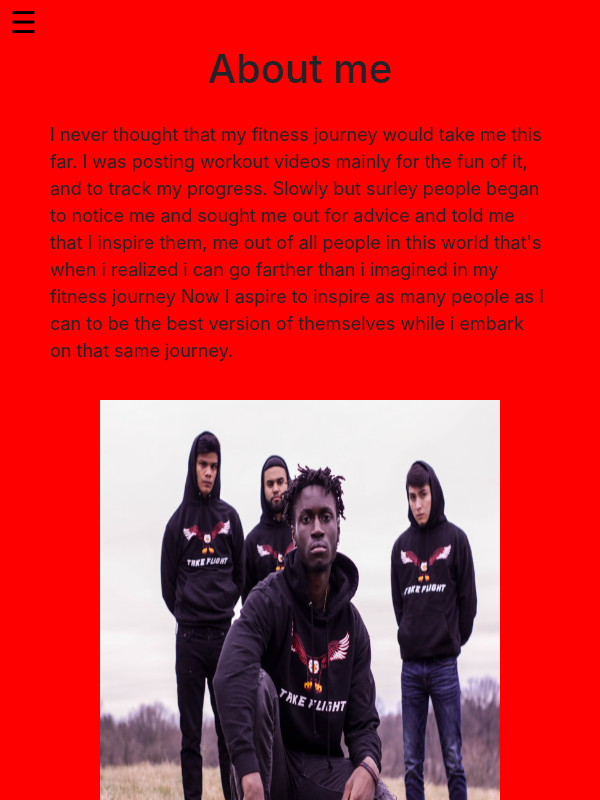
Repository: mamadont/MamadouFitnessWebsite
Page: pages-html/about-me.html
These files come from the project's save history. The page is drawn as it stood at one moment and after the next save; the edit follows.
The browser window is 600 px wide. The pictures show the whole page.
Some web libraries are served in a nearby version.

Above is the page before, as saved 2020-07-09 01:23:23.

After the next save:
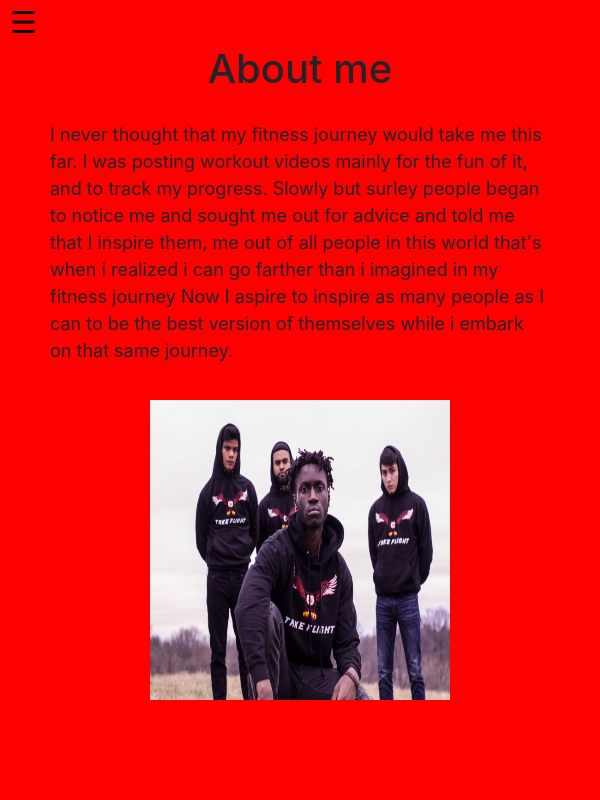
Saved 5 s later.
--- a/pages-css/about-me.css
+++ b/pages-css/about-me.css
@@ -122,8 +122,8 @@ p {
         padding: 20px;
     }
     #my-image {
-        height: 400px;
-        width: 400px;
+        height: 300px;
+        width: 300px;
         margin: auto;
     }
 }
